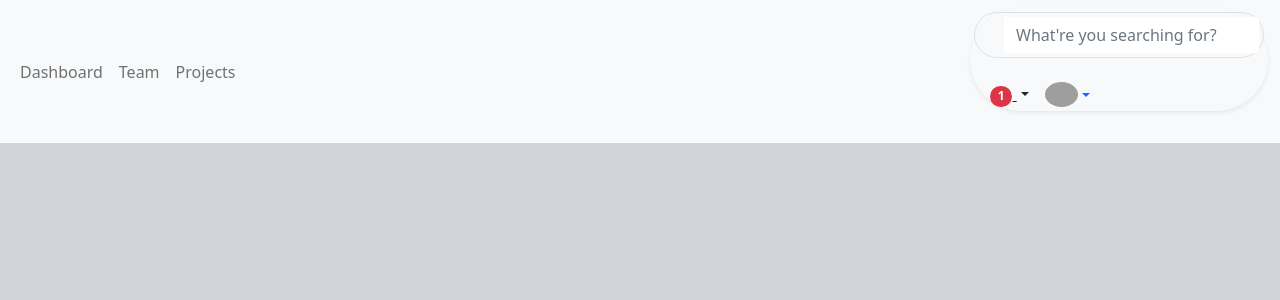
Repository: AlisaSkryp/photoblog
Page: index.html
An editor plug-in stored every save of this project. The page is shown before and after the next save, followed by the edit.
The browser window is 1280 px wide. The pictures show the whole page.
Pictures or frames that could not be fetched are drawn as grey boxes.

Above is the page before, as saved 2023-04-09 18:48:15.

### index.html
<!DOCTYPE html>
<html lang="en">
<head>
	<meta charset="UTF-8">
	<meta http-equiv="X-UA-Compatible" content="IE=edge">
	<meta name="viewport" content="width=device-width, initial-scale=1.0">
	<link href="https://cdn.jsdelivr.net/npm/bootstrap@5.0.2/dist/css/bootstrap.min.css" rel="stylesheet" integrity="sha384-EVSTQN3/azprG1Anm3QDgpJLIm9Nao0Yz1ztcQTwFspd3yD65VohhpuuCOmLASjC" crossorigin="anonymous">
<link href="https://cdnjs.cloudflare.com/ajax/libs/font-awesome/4.7.0/css/font-awesome.min.css">
<link rel="stylesheet" href="style.css">
</head>
<body>


<header>
	<!-- Navbar -->
<nav class="navbar navbar-expand-lg navbar-light bg-light">
  <!-- Container wrapper -->
  <div class="container-fluid">
    <!-- Toggle button -->
    <button
      class="navbar-toggler"
      type="button"
      data-mdb-toggle="collapse"
      data-mdb-target="#navbarSupportedContent"
      aria-controls="navbarSupportedContent"
      aria-expanded="false"
      aria-label="Toggle navigation"
    >
      <i class="fas fa-bars"></i>
    </button>

    <!-- Collapsible wrapper -->
    <div class="collapse navbar-collapse" id="navbarSupportedContent">
      <!-- Left links -->
      <ul class="navbar-nav me-auto mb-2 mb-lg-0">
        <li class="nav-item">
          <a class="nav-link" href="#">Dashboard</a>
        </li>
        <li class="nav-item">
          <a class="nav-link" href="#">Team</a>
        </li>
        <li class="nav-item">
          <a class="nav-link" href="#">Projects</a>
        </li>
      </ul>
      <!-- Left links -->
    </div>
    <!-- Collapsible wrapper -->
     <!-- Custom rounded search bars with input group -->
		 <form action="">
			<div class="p-1 bg-light rounded rounded-pill shadow-sm mb-4">
			<div class="input-group mb-4 border rounded-pill p-1">
				<div class="input-group-prepend border-0">
					<button id="button-addon4" type="button" class="btn btn-link text-info"><i class="fa fa-search"></i></button>
				</div>
				<input type="search" placeholder="What're you searching for?" aria-describedby="button-addon4" class="form-control bg-none border-0">
			</div>
		</form>
    <!-- Right elements -->
    <div class="d-flex align-items-center">
      <!-- Icon -->
      <a class="text-reset me-3" href="#">
        <i class="fas fa-shopping-cart"></i>
      </a>

      <!-- Notifications -->
      <div class="dropdown">
        <a
          class="text-reset me-3 dropdown-toggle hidden-arrow"
          href="#"
          id="navbarDropdownMenuLink"
          role="button"
          data-mdb-toggle="dropdown"
          aria-expanded="false"
        >
          <i class="fas fa-bell"></i>
          <span class="badge rounded-pill badge-notification bg-danger">1</span>
        </a>
        <ul
          class="dropdown-menu dropdown-menu-end"
          aria-labelledby="navbarDropdownMenuLink"
        >
          <li>
            <a class="dropdown-item" href="#">Some news</a>
          </li>
          <li>
            <a class="dropdown-item" href="#">Another news</a>
          </li>
          <li>
            <a class="dropdown-item" href="#">Something else here</a>
          </li>
        </ul>
      </div>
      <!-- Avatar -->
      <div class="dropdown">
        <a
          class="dropdown-toggle d-flex align-items-center hidden-arrow"
          href="#"
          id="navbarDropdownMenuAvatar"
          role="button"
          data-mdb-toggle="dropdown"
          aria-expanded="false"
        >
          <img
            src="https://mdbcdn.b-cdn.net/img/new/avatars/2.webp"
            class="rounded-circle"
            height="25"
            alt="Black and White Portrait of a Man"
            loading="lazy"
          />
        </a>
        <ul
          class="dropdown-menu dropdown-menu-end"
          aria-labelledby="navbarDropdownMenuAvatar"
        >
          <li>
            <a class="dropdown-item" href="#">My profile</a>
          </li>
          <li>
            <a class="dropdown-item" href="#">Settings</a>
          </li>
          <li>
            <a class="dropdown-item" href="#">Logout</a>
          </li>
        </ul>
      </div>
    </div>
    <!-- Right elements -->
  </div>
  <!-- Container wrapper -->
</nav>
<!-- Navbar -->
</header>
	<script src="https://cdn.jsdelivr.net/npm/bootstrap@5.0.2/dist/js/bootstrap.bundle.min.js" integrity="sha384-MrcW6ZMFYlzcLA8Nl+NtUVF0sA7MsXsP1UyJoMp4YLEuNSfAP+JcXn/tWtIaxVXM" crossorigin="anonymous"></script>
</body>
</html>

### style.css
body{

	background: #d1d5db;
}

.height{

	height: 100vh;
}

.form{

	position: relative;
}

.form .fa-search{

	position: absolute;
	top:20px;
	left: 20px;
	color: #9ca3af;

}

.form span{

			position: absolute;
	right: 17px;
	top: 13px;
	padding: 2px;
	border-left: 1px solid #d1d5db;

}

.left-pan{
	padding-left: 7px;
}

.left-pan i{

 padding-left: 10px;
}

.form-input{

	height: 55px;
	text-indent: 33px;
	border-radius: 10px;
}

.form-input:focus{

	box-shadow: none;
	border:none;
}

After the next save:
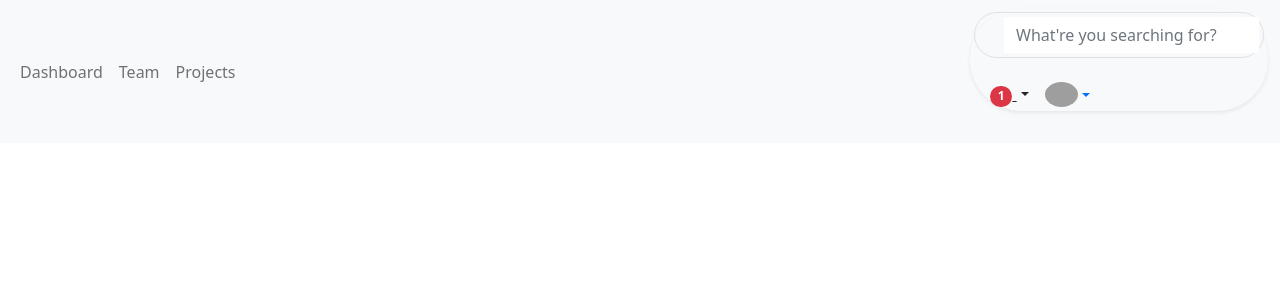
Saved 22 s later.
--- a/style.css
+++ b/style.css
@@ -1,55 +1,11 @@
-body{
 
-	background: #d1d5db;
+.form-control:focus {
+  box-shadow: none;
 }
 
-.height{
-
-	height: 100vh;
+.form-control-underlined {
+  border-width: 0;
+  border-bottom-width: 1px;
+  border-radius: 0;
+  padding-left: 0;
 }
-
-.form{
-
-	position: relative;
-}
-
-.form .fa-search{
-
-	position: absolute;
-	top:20px;
-	left: 20px;
-	color: #9ca3af;
-
-}
-
-.form span{
-
-			position: absolute;
-	right: 17px;
-	top: 13px;
-	padding: 2px;
-	border-left: 1px solid #d1d5db;
-
-}
-
-.left-pan{
-	padding-left: 7px;
-}
-
-.left-pan i{
-
- padding-left: 10px;
-}
-
-.form-input{
-
-	height: 55px;
-	text-indent: 33px;
-	border-radius: 10px;
-}
-
-.form-input:focus{
-
-	box-shadow: none;
-	border:none;
-}
